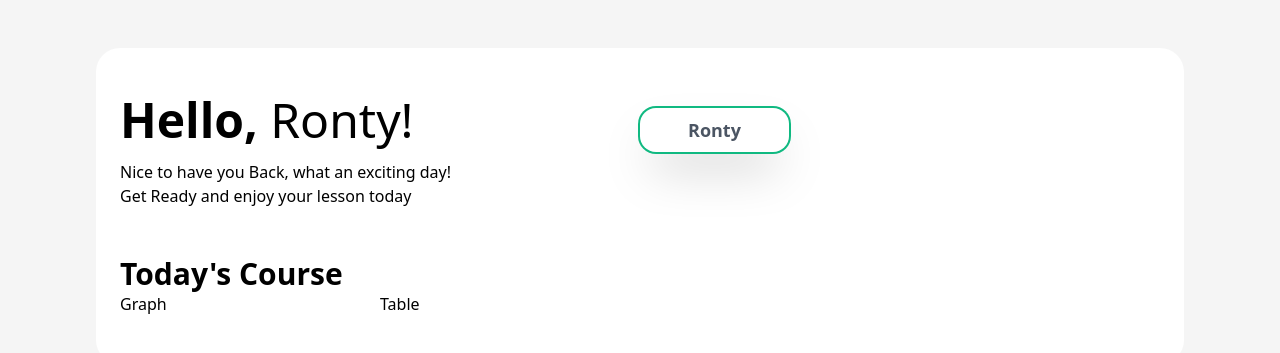
Repository: coolronts/Vite-Tailwind
Page: /
An editor plug-in stored every save of this project. The page is shown before and after the next save, followed by the edit.
The browser window is 1280 px wide. The pictures show the whole page.
The project was rebuilt for these pictures with package versions that can differ from the ones it lists, and the page was loaded fresh each time. Also part of the build but not shown: vite.config.js, src/components/Card/index.jsx.

Above is the page before, as saved 2021-11-26 07:25:46.

### src/App.jsx
import './App.css'

import {Course, Intro} from './Section'
import { PrimaryButton, SecondaryButton } from './components/Button'

import {PrimaryCard} from './components/Card'
import SplitScreen from './components/SplitScreen'
import { useState } from 'react'

function App() {

  return (
    <div className="App bg-white my-12 mx-24 rounded-3xl px-6 py-12">
      <SplitScreen>
        <div id="left">
          <Intro/>
          <div id="course">
            <p className="text-3xl font-bold  font-sans">Today's Course</p>
            <Course/>
          </div>

        </div>

        <div id="right">
          <SecondaryButton name="Ronty"/>
        </div>


      </SplitScreen>
    </div>
  )
}

export default App

### src/Section/index.js
import Course from "./Course";
import Intro from "./Intro";

export { Intro, Course };

### src/components/Button/index.jsx
import React from 'react'

export const PrimaryButton = ({name}) =>{
  return (
    <button className="bg-green-500 px-12 py-2 ring-2 ring-green-500 text-white text-lg font-semibold shadow-2xl rounded-2xl mt-3">
      {name}
    </button>
  )
}

export const SecondaryButton = ({name}) =>{
  return (
    <button className="bg-white px-12 py-2 ring-2 ring-green-500 text-gray-600 text-lg font-semibold shadow-2xl rounded-2xl mt-3">
      {name}
    </button>
  )
}

### src/components/SplitScreen/index.jsx
import PropTypes from 'prop-types'
import React from "react"
import tw from "tailwind-styled-components"

const Container = tw.div`${(props) => props.weight}`;

const Pane = tw.div`${(props) => props.weight}`;

const SplitScreen = ({
	children,
	containerWeight = 'flex w-full',
  leftWeight = 'w-1/2',
	rightWeight = 'w-1/2',
}) => {
	const [left, right] = children;
	return (
		<Container className={containerWeight}>
			<Pane className={leftWeight}>
				{left}
			</Pane>
			<Pane className={rightWeight}>
				{right}
			</Pane>
		</Container>
	);
}

export default SplitScreen

SplitScreen.propTypes = {
	children: PropTypes.arrayOf(PropTypes.node).isRequired,
	containerWeight: PropTypes.string,
	leftWeight: PropTypes.string,
	rightWeight: PropTypes.string,
}

### src/Section/Course/index.jsx
import React from 'react'
import SplitScreen from '../../components/SplitScreen'

export default function Course() {
  return (
    <SplitScreen>
      <div id="left">
        Graph
      </div>
      <div id="right">
        Table
      </div>
    </SplitScreen>
  )
}

### src/Section/Intro/index.jsx
import React from 'react'

export default function Intro({name}) {
  return (
    <div className="mb-12">
      <h3 className="text-5xl font-sans font-bold mb-4">Hello, <span className="font-light">Ronty!</span> </h3>
      <div className="font-semibold tracking-wide text-gray-500">

      </div>
      <h5>Nice to have you Back, what an exciting day!</h5>
      <h5>Get Ready and enjoy your lesson today</h5>
    </div>
  )
}

Loaded but not shown: index.html (common file); src/main.jsx (common file); src/index.css (common file); src/App.css (common file); tailwind.config.js (common file)

After the next save:
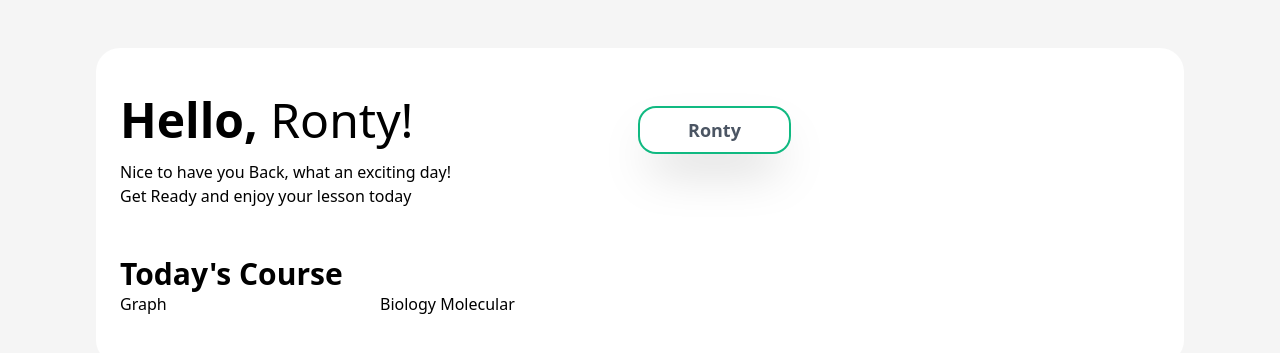
Saved 24 s later.
--- a/src/Section/Course/index.jsx
+++ b/src/Section/Course/index.jsx
@@ -8,7 +8,7 @@ export default function Course() {
         Graph
       </div>
       <div id="right">
-        Table
+        <h4>Biology Molecular</h4>
       </div>
     </SplitScreen>
   )
